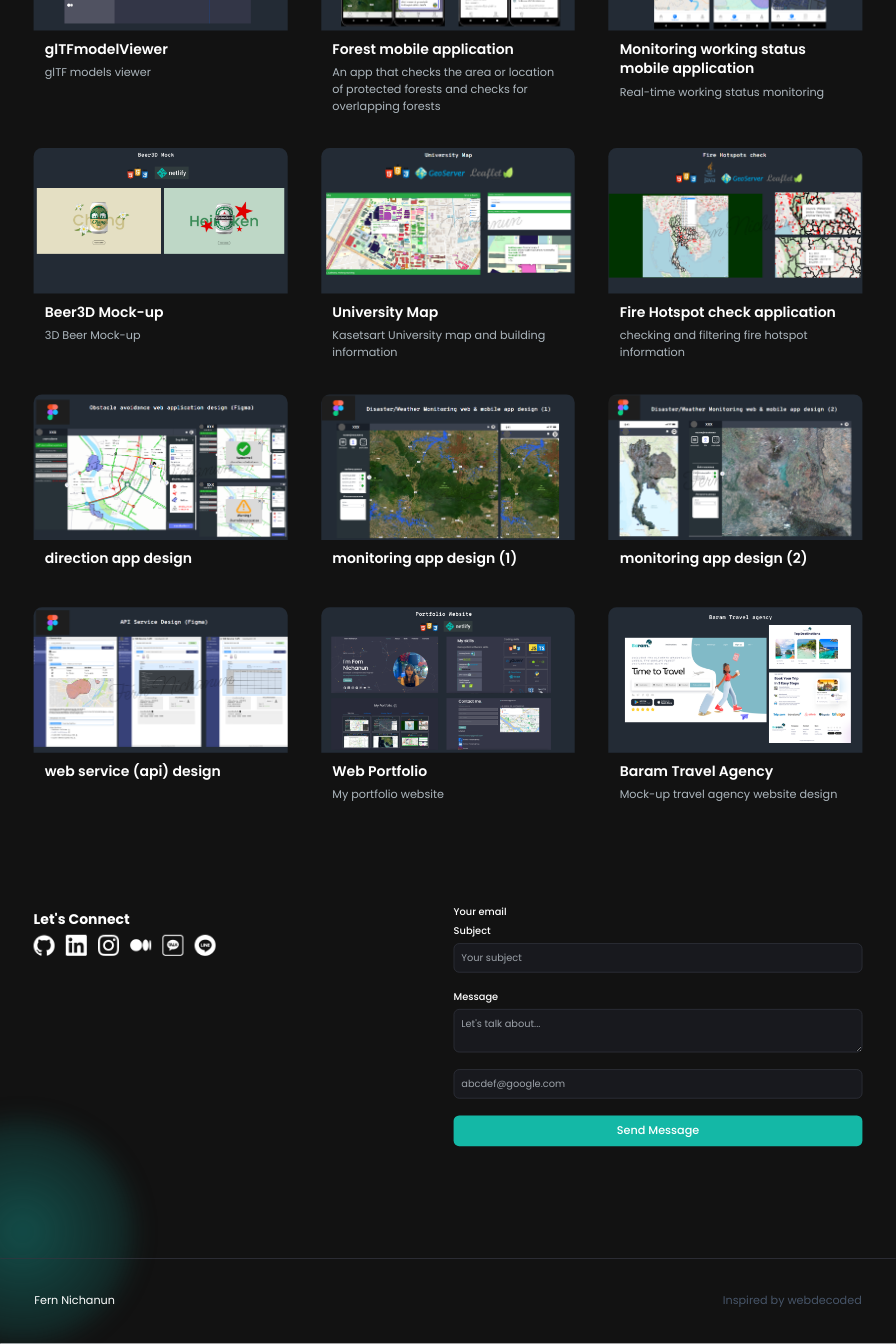
Repository: ffferncake/ffferncake-webport-2024
Page: /
An editor plug-in stored every save of this project. The page is shown before and after the next save, followed by the edit.
The browser window is 1280 px wide. The pictures show the part of the page from y = 2128 to 4048 px (the page is 4048 px tall), at 70% of full size.
The project was rebuilt for these pictures with package versions that can differ from the ones it lists, and the page was loaded fresh each time. The framework's server and built-in components were replaced by stand-ins that run in the browser. Also part of the build but not shown: next.config.js, src/app/components/MenuOverlay.jsx, src/app/components/AchievementsSection.jsx.

Above is the page before, as saved 2024-03-14 23:50:59.

After the next save:
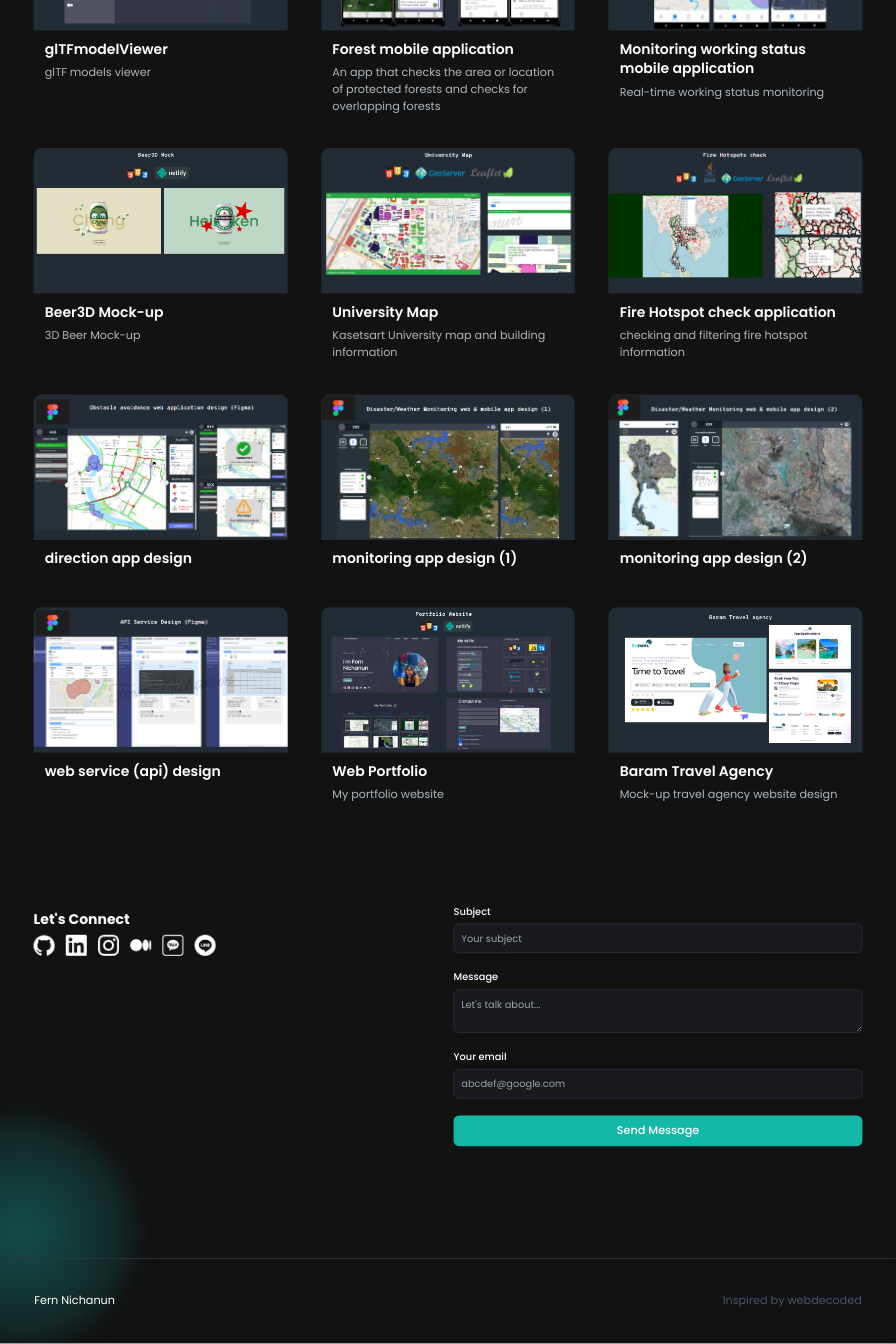
Saved 55 s later.
--- a/src/app/components/EmailSection.jsx
+++ b/src/app/components/EmailSection.jsx
@@ -107,41 +107,41 @@ const EmailSection = () => {
           <form className="flex flex-col" onSubmit={sendEmail}>
             <div className="mb-6">
               <label
+                htmlFor="subject"
+                className="text-white block text-sm mb-2 font-medium"
+              >
+                Subject
+              </label>
+              <input
+                name="subject"
+                type="text"
+                id="subject"
+                required
+                className="bg-[#18191E] border border-[#33353F] placeholder-[#9CA2A9] text-gray-100 text-sm rounded-lg block w-full p-2.5"
+                placeholder="Your subject"
+              />
+            </div>
+            <div className="mb-6">
+              <label
+                htmlFor="message"
+                className="text-white block text-sm mb-2 font-medium"
+              >
+                Message
+              </label>
+              <textarea
+                name="message"
+                id="message"
+                className="bg-[#18191E] border border-[#33353F] placeholder-[#9CA2A9] text-gray-100 text-sm rounded-lg block w-full p-2.5"
+                placeholder="Let's talk about..."
+              />
+            </div>
+            <div className="mb-6">
+              <label
                 htmlFor="email"
                 className="text-white block mb-2 text-sm font-medium"
               >
                 Your email
               </label>
-              <div className="mb-6">
-                <label
-                  htmlFor="subject"
-                  className="text-white block text-sm mb-2 font-medium"
-                >
-                  Subject
-                </label>
-                <input
-                  name="subject"
-                  type="text"
-                  id="subject"
-                  required
-                  className="bg-[#18191E] border border-[#33353F] placeholder-[#9CA2A9] text-gray-100 text-sm rounded-lg block w-full p-2.5"
-                  placeholder="Your subject"
-                />
-              </div>
-              <div className="mb-6">
-                <label
-                  htmlFor="message"
-                  className="text-white block text-sm mb-2 font-medium"
-                >
-                  Message
-                </label>
-                <textarea
-                  name="message"
-                  id="message"
-                  className="bg-[#18191E] border border-[#33353F] placeholder-[#9CA2A9] text-gray-100 text-sm rounded-lg block w-full p-2.5"
-                  placeholder="Let's talk about..."
-                />
-              </div>
               <input
                 name="email"
                 type="email"
